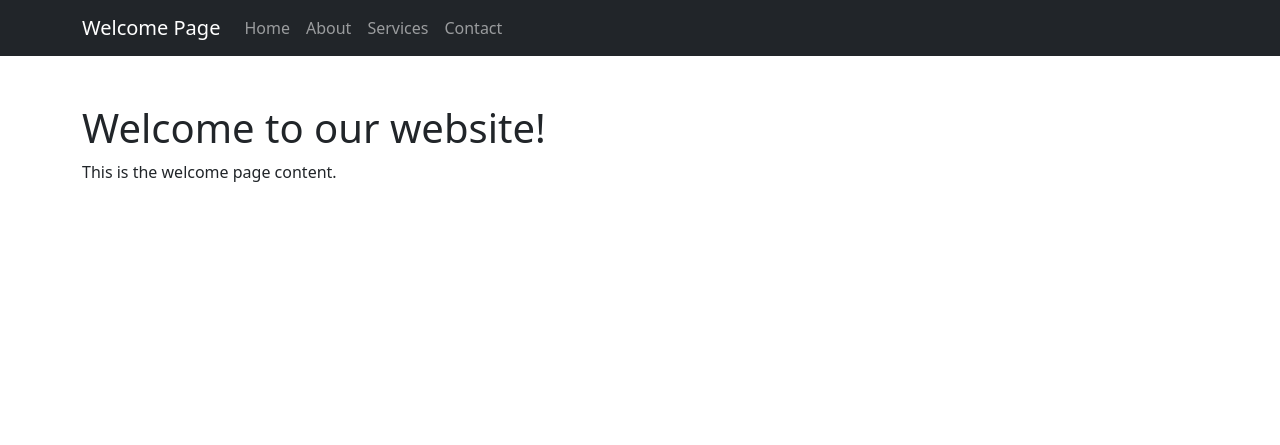
Repository: gyfffffff/meishimeike_test
Page: myweb/hello.html
An editor plug-in stored every save of this project. The page is shown before and after the next save, followed by the edit.
The browser window is 1280 px wide. The pictures show the whole page.

Above is the page before, as saved 2023-07-13 09:54:37.

After the next save:
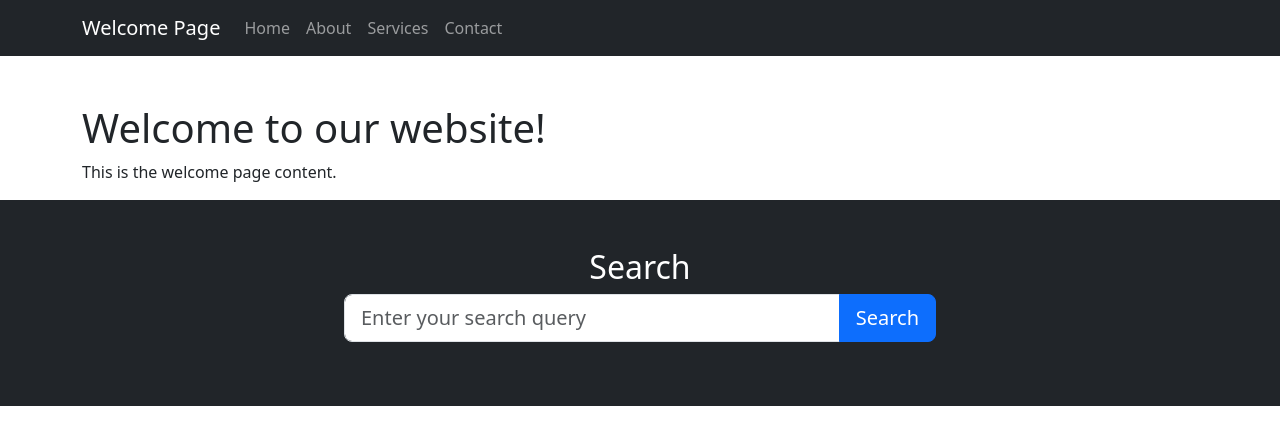
Saved 114 s later.
--- a/myweb/hello.html
+++ b/myweb/hello.html
@@ -4,8 +4,7 @@
 <head>
     <meta charset="UTF-8">
     <meta name="viewport" content="width=device-width, initial-scale=1.0">
-    <link href="https://cdn.jsdelivr.net/npm/bootstrap@5.3.0/dist/css/bootstrap.min.css" rel="stylesheet"
-        integrity="sha384-9ndCyUaIbzAi2FUVXJi0CjmCapSmO7SnpJef0486qhLnuZ2cdeRhO02iuK6FUUVM" crossorigin="anonymous">
+    <link rel="stylesheet" href="https://cdn.jsdelivr.net/npm/bootstrap@5.3.0/dist/css/bootstrap.min.css">
     <title>Welcome Page</title>
 </head>
 
@@ -41,9 +40,15 @@
         <p>This is the welcome page content.</p>
     </div>
 
-    <script src="https://cdn.jsdelivr.net/npm/bootstrap@5.3.0/dist/js/bootstrap.bundle.min.js"
-        integrity="sha384-geWF76RCwLtnZ8qwWowPQNguL3RmwHVBC9FhGdlKrxdiJJigb/j/68SIy3Te4Bkz"
-        crossorigin="anonymous"></script>
+    <div class="container-fluid bg-dark text-center p-5">
+        <h2 class="text-white">Search</h2>
+        <div class="input-group mb-3 w-50 mx-auto">
+            <input type="text" class="form-control form-control-lg" placeholder="Enter your search query">
+            <button class="btn btn-primary btn-lg" type="button">Search</button>
+        </div>
+    </div>
+
+    <script src="https://cdn.jsdelivr.net/npm/bootstrap@5.3.0/dist/js/bootstrap.bundle.min.js"></script>
 </body>
 
 </html>
